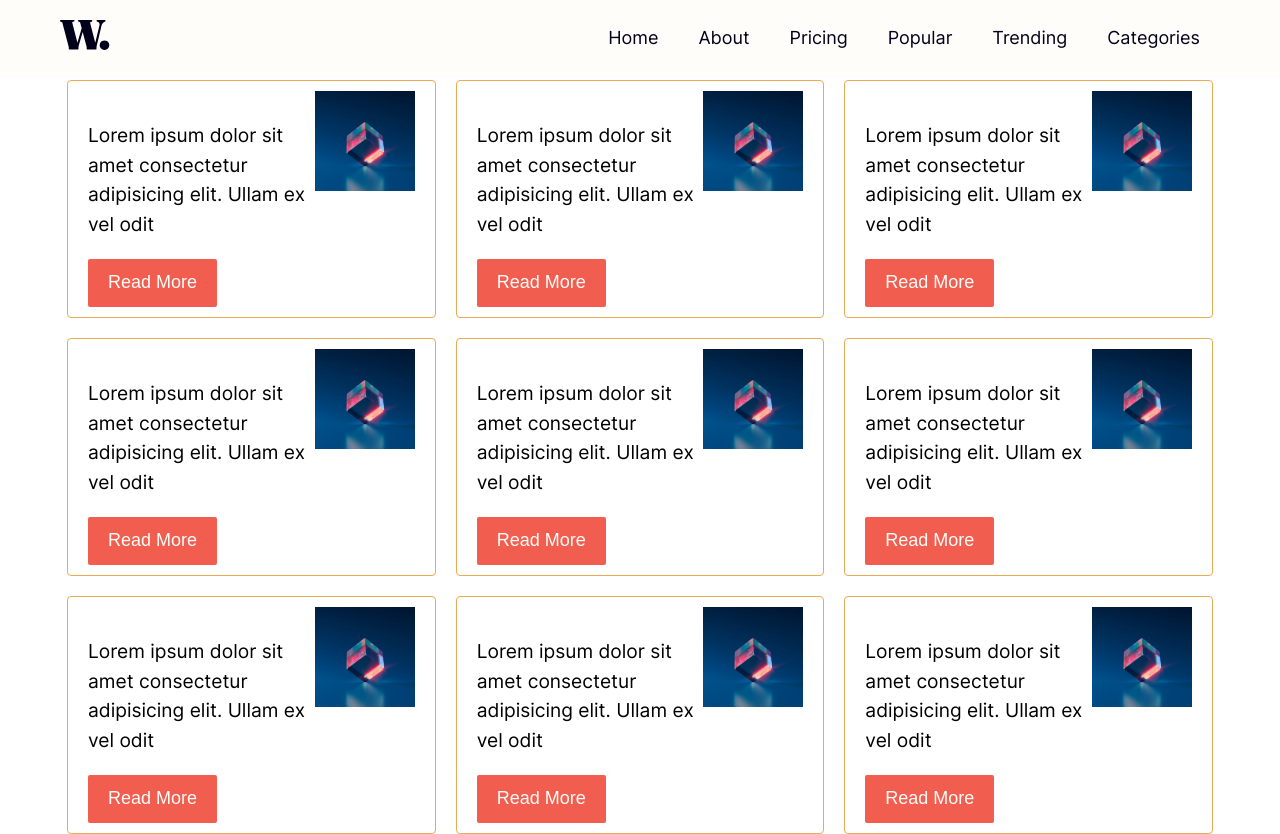
Repository: Benedict-Anthony/web3.0-blog-chain
Page: /trending
An editor plug-in stored every save of this project. The page is shown before and after the next save, followed by the edit.
The browser window is 1280 px wide. The pictures show the whole page.
The page's requests for data from a server got no answer. The project was rebuilt for these pictures with package versions that can differ from the ones it lists, and the page was loaded fresh each time. The framework's server and built-in components were replaced by stand-ins that run in the browser. No one was signed in, and anything a server would have sent is missing. Also part of the build but not shown: next.config.js.

Above is the page before, as saved 2022-12-21 02:52:58.

After the next save:
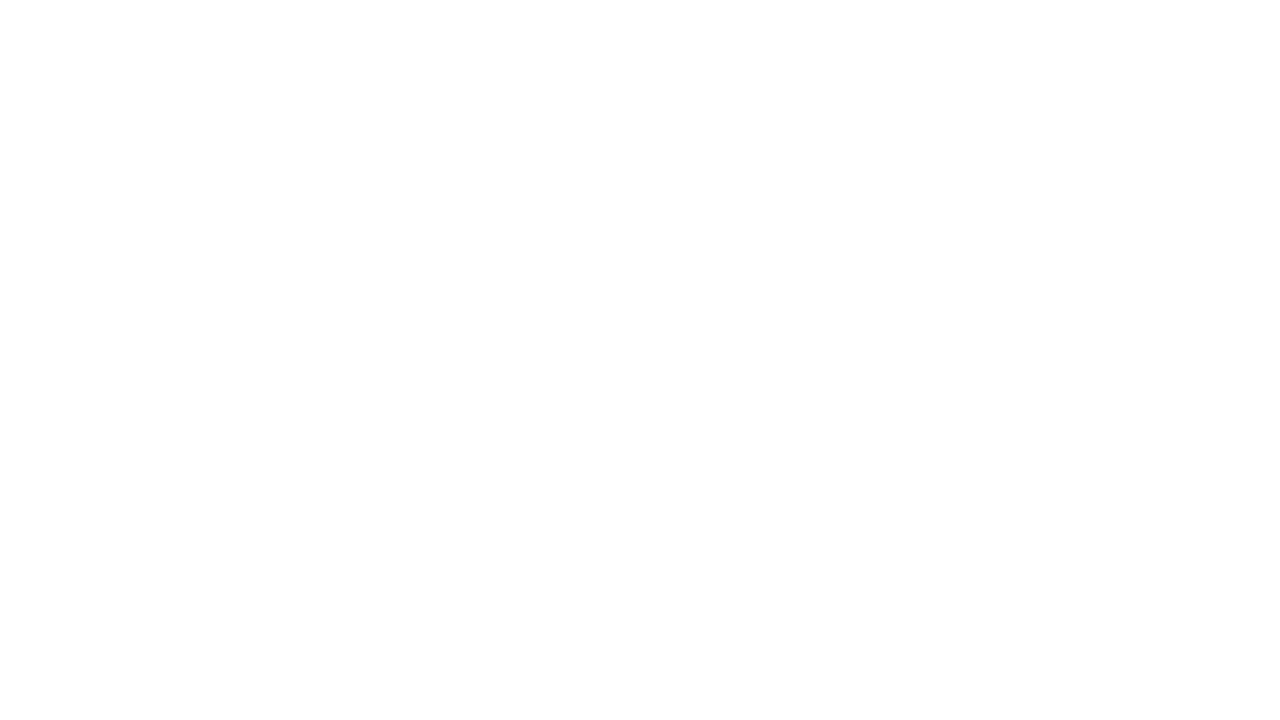
Saved 4 min 10 s later.
--- a/pages/trending.tsx
+++ b/pages/trending.tsx
@@ -5,20 +5,22 @@
 import { GetStaticProps } from 'next';
 
 export const getStaticProps: GetStaticProps = async () => {
-    // const apiKey = process.env.REACT_APP_RAPID_API_KEY || ""
-    // const apiHost = process.env.REACT_APP_RAPID_NEWS_API_HOST || ""
+    const apiKey = process.env.REACT_APP_RAPID_API_KEY || ""
+    const apiHost = process.env.REACT_APP_RAPID_NEWS_API_HOST || ""
     // const params = {q: 'crytocurrency', freshness: 'Day', textFormat: 'Raw', safeSearch: 'Off'}
-    // const url = `https://bing-news-search1.p.rapidapi.com/news/search?${params}`
-    // const config = {
-    //     headers: {
-    //         'X-RapidAPI-Key': apiKey,
-    //         'X-RapidAPI-Host':apiHost,
-    //         // "Accept-Language": "EN"
-    //     }
-    // }
+    const url = `https://bing-news-search1.p.rapidapi.com/news/search?q=cryptocurrency&safeSearch=Off&textFormat=Raw&freshness=Day&count=100`
+    const config = {
+        headers: {
+            'X-RapidAPI-Key': apiKey,
+            'X-RapidAPI-Host':apiHost,
+            // "Accept-Language": "EN"
+        }
+    }
 
-    // const response = await fetch(url, config)
-    // const data = await response.json()
+
+    const response = await fetch(url, config)
+    const data = await response.json()
+    console.log(data)
     return {
         props: {
             // news:data.value

After the save that followed:
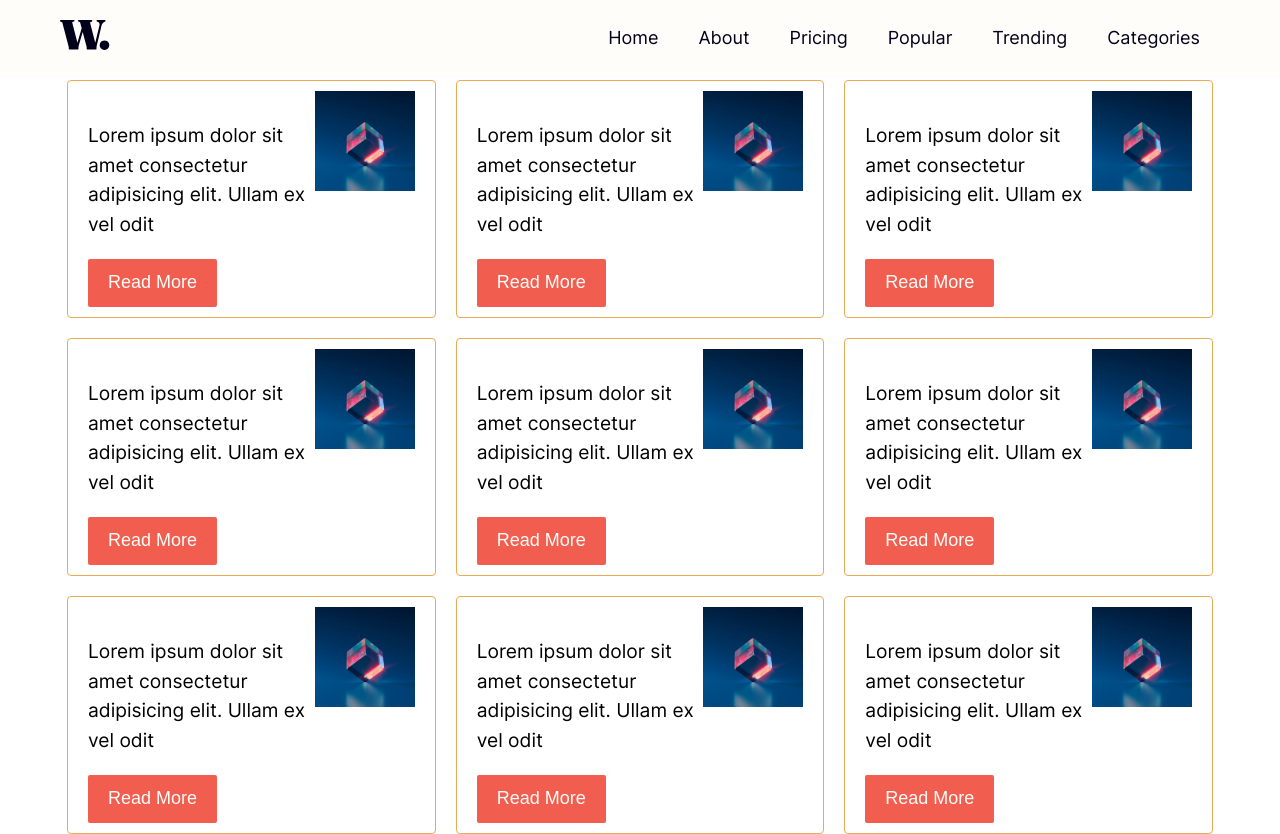
Saved 4 min 14 s later.
--- a/pages/trending.tsx
+++ b/pages/trending.tsx
@@ -5,22 +5,22 @@
 import { GetStaticProps } from 'next';
 
 export const getStaticProps: GetStaticProps = async () => {
-    const apiKey = process.env.REACT_APP_RAPID_API_KEY || ""
-    const apiHost = process.env.REACT_APP_RAPID_NEWS_API_HOST || ""
-    // const params = {q: 'crytocurrency', freshness: 'Day', textFormat: 'Raw', safeSearch: 'Off'}
-    const url = `https://bing-news-search1.p.rapidapi.com/news/search?q=cryptocurrency&safeSearch=Off&textFormat=Raw&freshness=Day&count=100`
-    const config = {
-        headers: {
-            'X-RapidAPI-Key': apiKey,
-            'X-RapidAPI-Host':apiHost,
-            // "Accept-Language": "EN"
-        }
-    }
+    // const apiKey = process.env.REACT_APP_RAPID_API_KEY || ""
+    // const apiHost = process.env.REACT_APP_RAPID_NEWS_API_HOST || ""
+    // // const params = {q: 'crytocurrency', freshness: 'Day', textFormat: 'Raw', safeSearch: 'Off'}
+    // const url = `https://bing-news-search1.p.rapidapi.com/news/search?q=cryptocurrency&safeSearch=Off&textFormat=Raw&freshness=Day&count=100`
+    // const config = {
+    //     headers: {
+    //         'X-RapidAPI-Key': apiKey,
+    //         'X-RapidAPI-Host':apiHost,
+    //         // "Accept-Language": "EN"
+    //     }
+    // }
 
 
-    const response = await fetch(url, config)
-    const data = await response.json()
-    console.log(data)
+    // const response = await fetch(url, config)
+    // const data = await response.json()
+    // console.log(data)
     return {
         props: {
             // news:data.value
